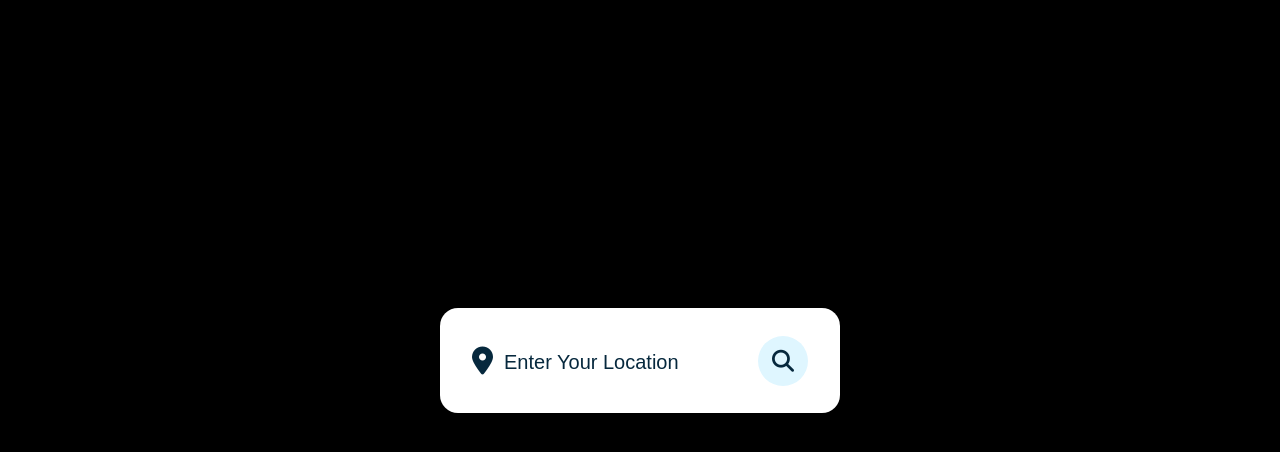
Repository: Pr1s0n3r627/weather
Page: index.html
These files come from the project's save history. The page is drawn as it stood at one moment and after a run of saves; the edit follows.
The browser window is 1280 px wide. The pictures show the whole page.
Some web libraries are served in a nearby version.

Above is the page before, as saved 2024-05-19 00:11:58.

After the next 2 saves:
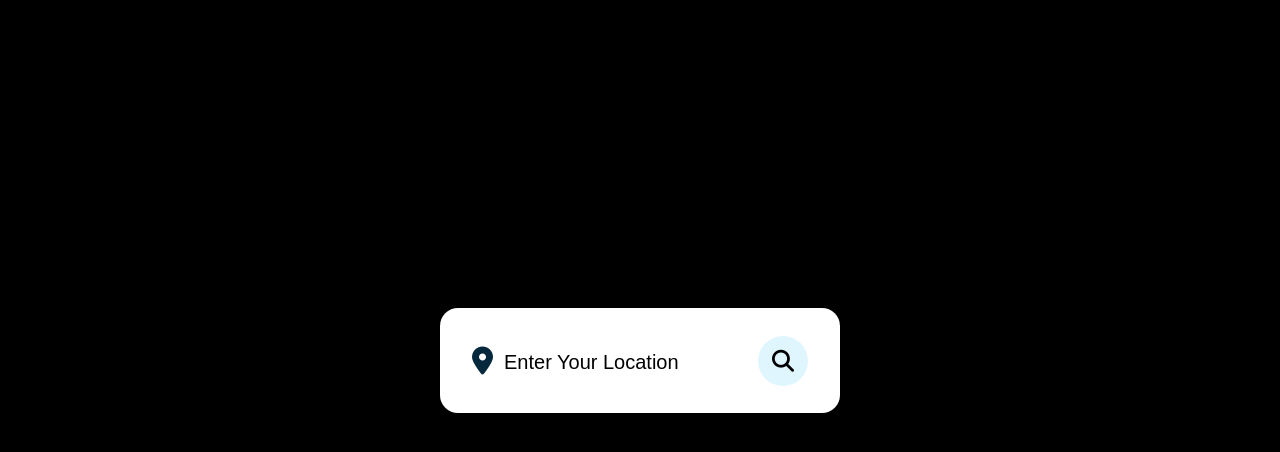
The 2 saves are shown as one change because they came seconds apart.
The last was saved 8 s later.
--- a/style.css
+++ b/style.css
@@ -46,7 +46,7 @@ body{
 .search-box input::placeholder{
     font-size: 20px;
     font-weight: 500;
-    color: #06283D;
+    color: #000000;
     text-transform: capitalize;
 }
 
@@ -54,7 +54,7 @@ body{
     cursor: pointer;
     width: 50px;
     height: 50px;
-    color: #06283D;
+    color: #000000;
     background: #dff6ff;
     border-radius: 50%;
     font-size: 22px;
